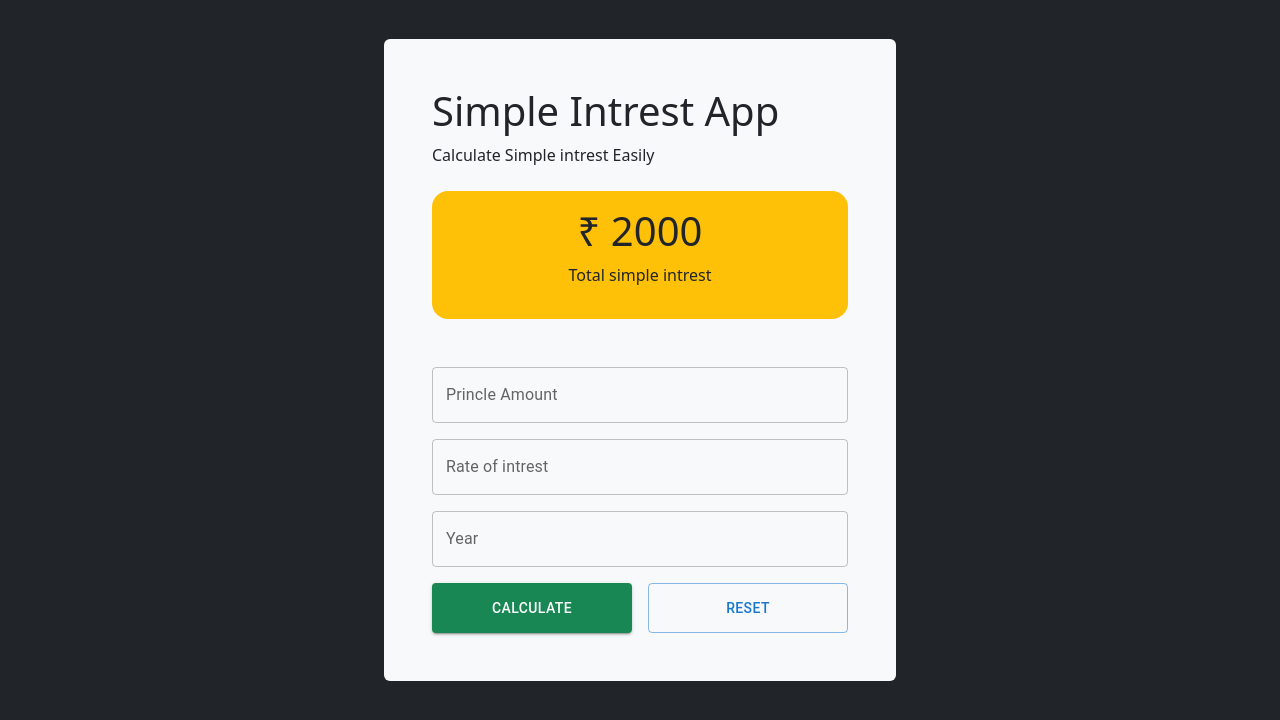
Repository: Afraz13/simple-intrest
Page: /
The author's editor kept a copy of each file at every save. The page is drawn from the files as they stood at one save, then again after a run of saves.
The browser window is 1280 px wide. The pictures show the whole page.
The project was rebuilt for these pictures with package versions that can differ from the ones it lists, and the page was loaded fresh each time. Also part of the build but not shown: src/index.css, src/App.css.

Above is the page before, as saved 2024-07-15 20:52:22.

After the next 3 saves:
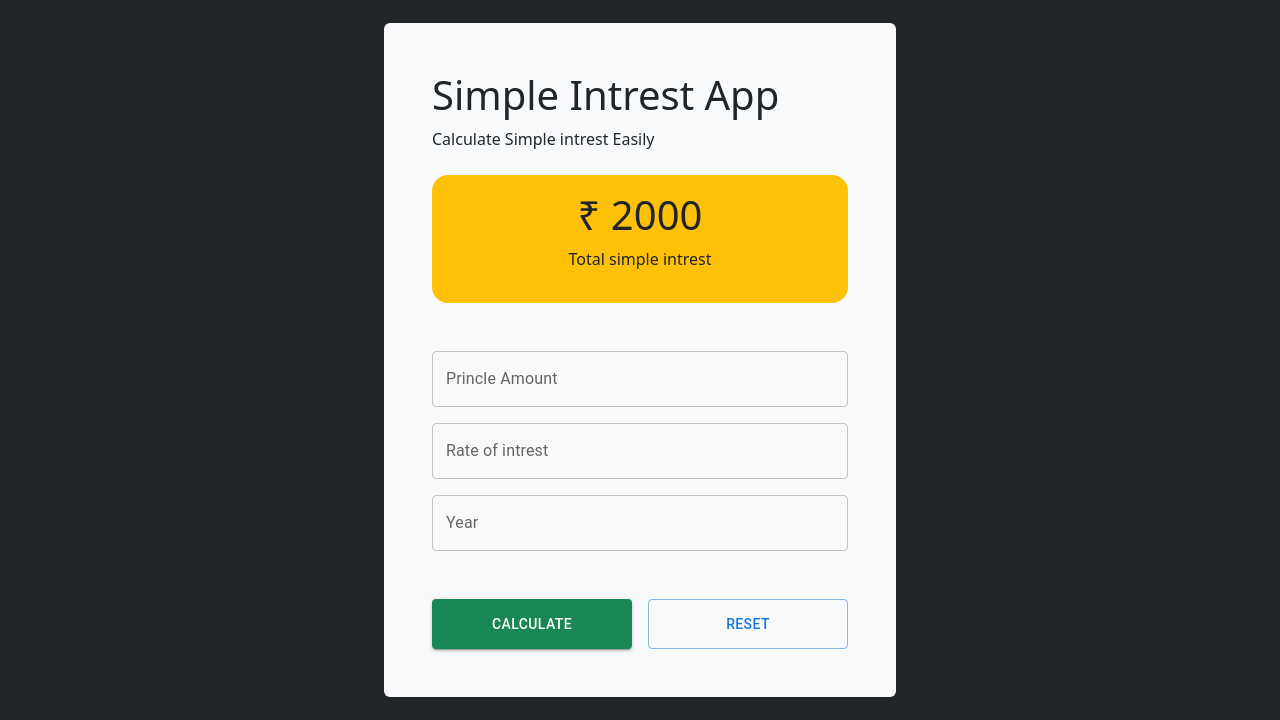
The 3 saves are shown as one change because they came seconds apart.
The last was saved 28 s later.
--- a/src/App.js
+++ b/src/App.js
@@ -25,7 +25,7 @@ function App() {
      <div className='mb-3'>
      <TextField className='w-100' id="outlined-basic" label="Year" variant="outlined" />
      </div>
-     <Stack direction="row" spacing={2}>
+     <Stack className='mt-5' direction="row" spacing={2}>
      <Button className='bg-success' style={{width:'200px',height:'50px'}} variant="contained">Calculate</Button>
      <Button variant="outlined" style={{width:'200px',height:'50px'}}>Reset</Button>
 </Stack>
